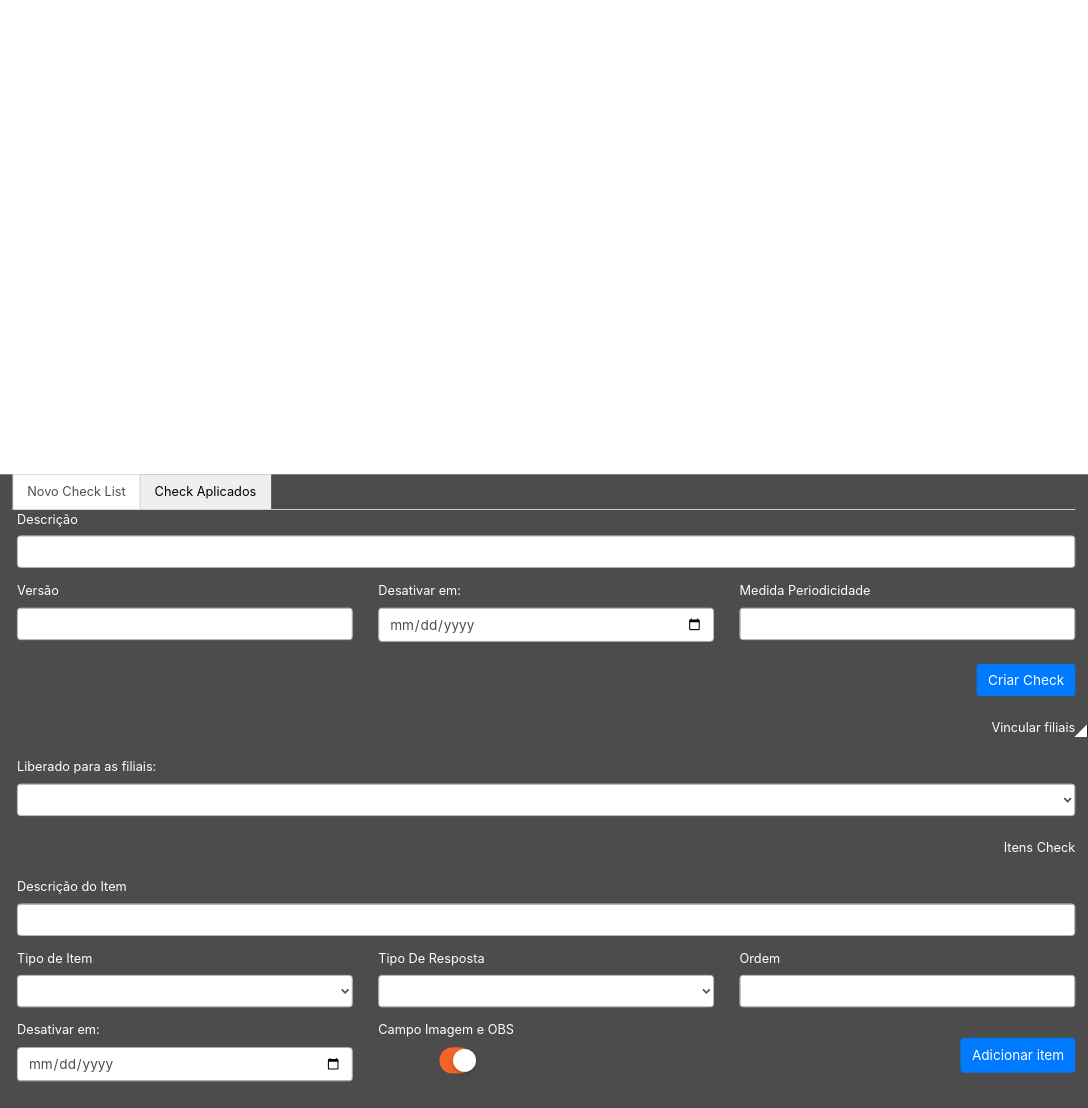
Repository: Conlog-SA/portal_operacional
Page: apps/safety_layout_checklist_app/templates/safety_layout_checklist_app/form_cad_layout_checklist.html
The author's editor kept a copy of each file at every save. The page is drawn from the files as they stood at one save, then again after the next save.
The browser window is 1280 px wide. The pictures show the whole page, at 85% of full size.
The template is drawn by Django 3.2. The application's start-up code is not run. The template is opened directly, without the code that normally fills it, so the values that code supplies are empty.

Above is the page before, as saved 2023-11-16 16:04:42.

After the next save:
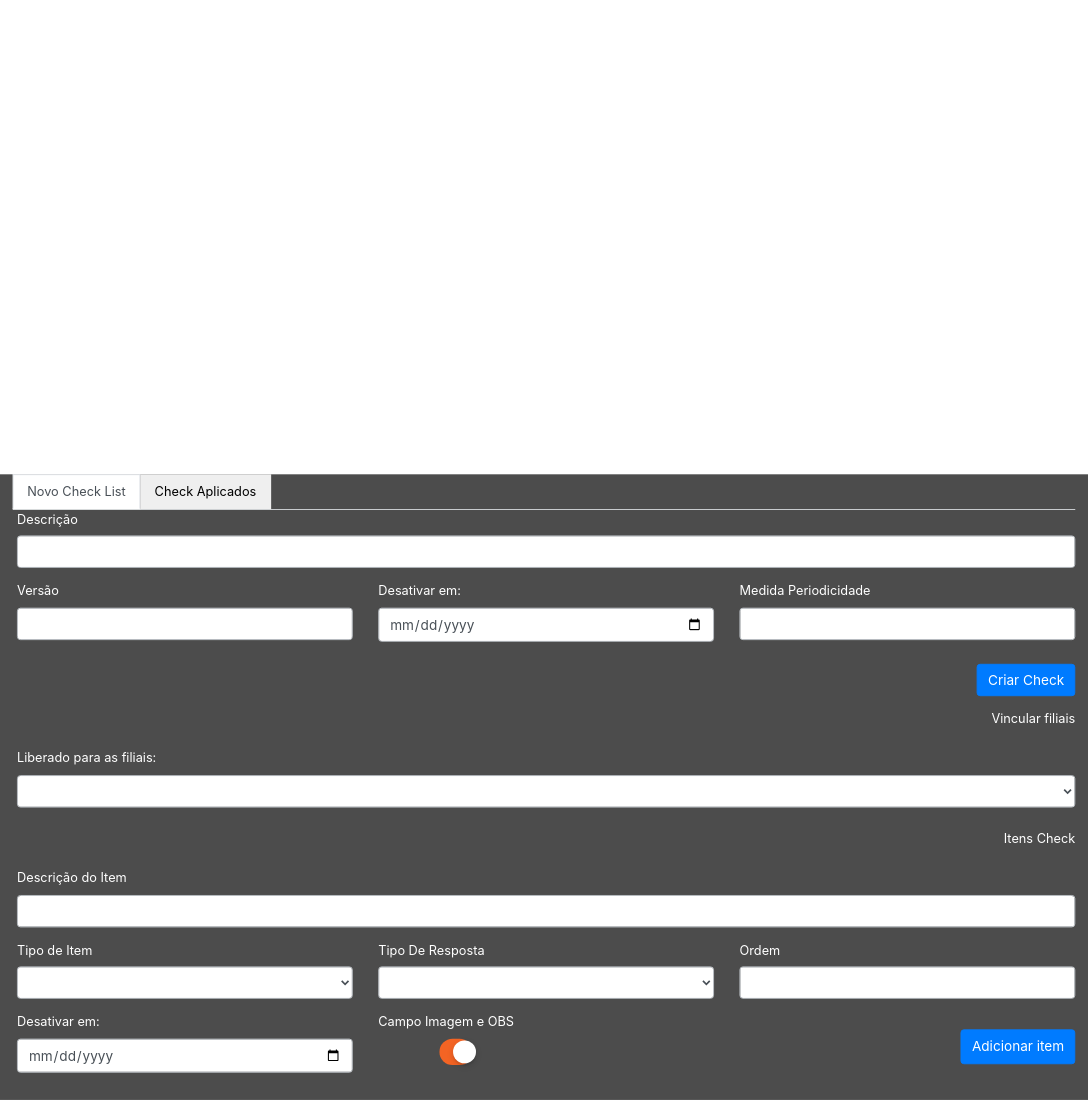
Saved 55 s later.
--- a/static/css/seguranca_safety_app/seguranca_safety.css
+++ b/static/css/seguranca_safety_app/seguranca_safety.css
@@ -7,31 +7,7 @@ label[for="liberado_filiais"] {
     text-align: left !important; /* Tente usar !important para forçar a aplicação do estilo */
 }
 
-.arrow-divider {
-    position: relative;
-    display: flex;
-    align-items: center;
-    justify-content: flex-end;
+.divider {
+    border-bottom: 1px solid #000; /* Adicione a cor e largura desejadas para a linha */
     margin-top: 10px;
   }
-
-  .arrow-divider::before,
-  .arrow-divider::after {
-    content: '';
-    width: 0;
-    height: 0;
-    border-style: solid;
-    position: absolute;
-  }
-
-  .arrow-divider::before {
-    border-width: 15px 15px 0 0;
-    border-color: transparent #000 transparent transparent;
-    right: 0;
-  }
-
-  .arrow-divider::after {
-    border-width: 15px 15px 0 0;
-    border-color: transparent white transparent transparent;
-    right: 1px; /* Ajuste de 1px para cobrir a borda da linha */
-  }
